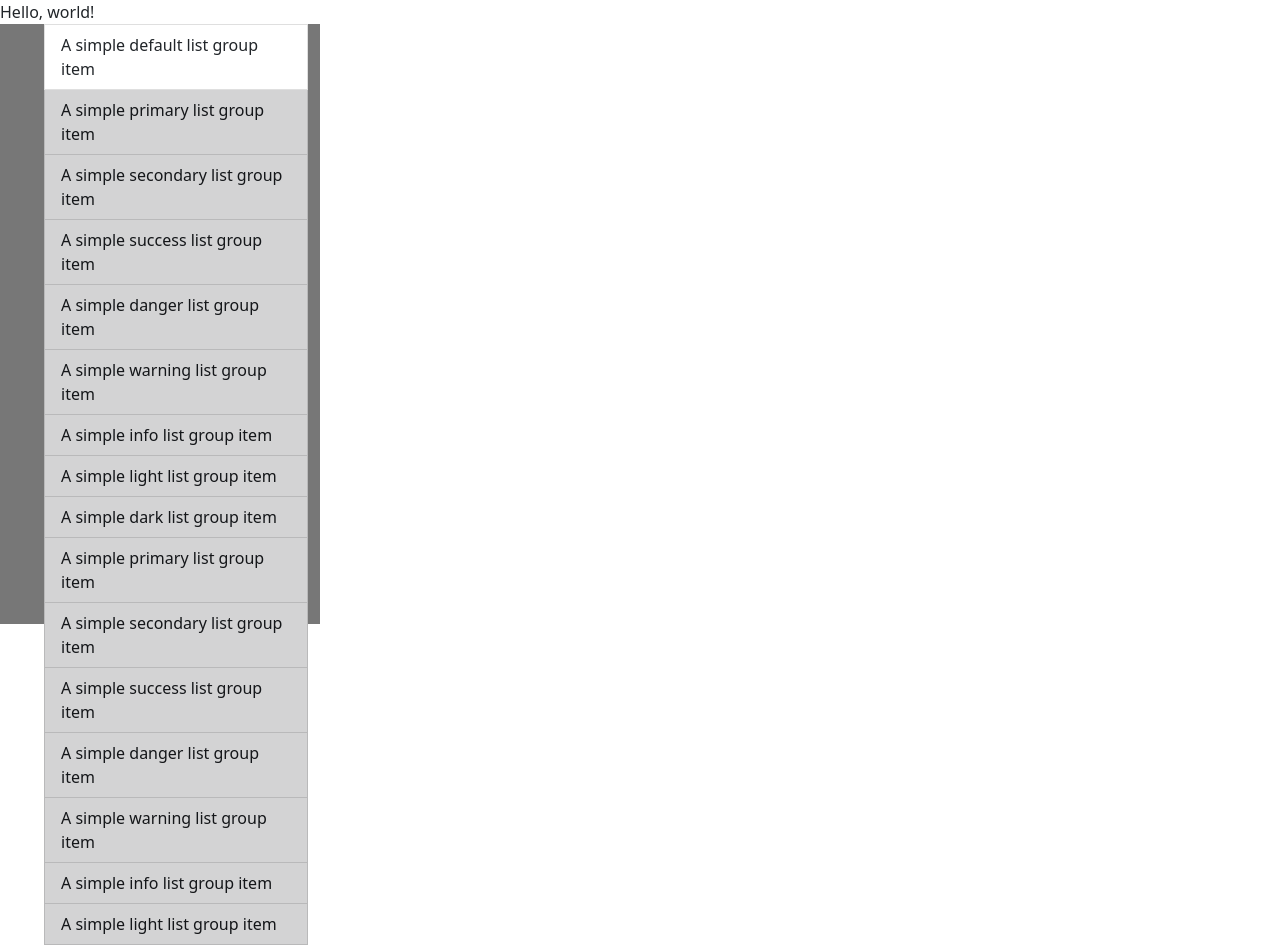
Repository: Dayvid0/BOOTSTRAP-TUTORIALS
Page: BOOTSTRAP-GRID-LAYOUTS/ibmexample.html
These files come from the project's save history. The page is drawn as it stood at one moment and after the next save; the edit follows.
The browser window is 1280 px wide. The pictures show the whole page.

Above is the page before, as saved 2025-01-24 16:49:20.

### BOOTSTRAP-GRID-LAYOUTS/ibmexample.html
<!doctype html>
<html lang="en">
  <head>
    <!-- Required meta tags -->
    <meta charset="utf-8">
    <meta name="viewport" content="width=device-width, initial-scale=1">
    <!-- Bootstrap CSS -->
    <link href="https://cdn.jsdelivr.net/npm/bootstrap@5.0.2/dist/css/bootstrap.min.css" rel="stylesheet" integrity="sha384-EVSTQN3/azprG1Anm3QDgpJLIm9Nao0Yz1ztcQTwFspd3yD65VohhpuuCOmLASjC" crossorigin="anonymous">
    <link rel="stylesheet" href="ibm-style.css"
    <title>Hello, world!</title>
  </head>
  <body>
    <div class="container-fluid">
      <div class="row"> <!-- ./row-->
        <div class="col-3 sidebar">
          <ul >
            <li class="list-group-item">A simple default list group item</li>
            <li class="list-group-item list-group-item-dark">A simple primary list group item</li>
            <li class="list-group-item list-group-item-dark">A simple secondary list group item</li>
            <li class="list-group-item list-group-item-dark">A simple success list group item</li>
            <li class="list-group-item list-group-item-dark">A simple danger list group item</li>
            <li class="list-group-item list-group-item-dark">A simple warning list group item</li>
            <li class="list-group-item list-group-item-dark">A simple info list group item</li>
            <li class="list-group-item list-group-item-dark">A simple light list group item</li>
            <li class="list-group-item list-group-item-dark">A simple dark list group item</li>
            <li class="list-group-item list-group-item-dark">A simple primary list group item</li>
            <li class="list-group-item list-group-item-dark">A simple secondary list group item</li>
            <li class="list-group-item list-group-item-dark">A simple success list group item</li>
            <li class="list-group-item list-group-item-dark">A simple danger list group item</li>
            <li class="list-group-item list-group-item-dark">A simple warning list group item</li>
            <li class="list-group-item list-group-item-dark">A simple info list group item</li>
            <li class="list-group-item list-group-item-dark">A simple light list group item</li>
          </ul>
        </div><!-- ./col-3-->
        <div class="col-9">
        </div><!-- ./col-9-->
      </div><!-- ./row -->
    </div><!-- ./container-fluid -->
    <script src="https://cdn.jsdelivr.net/npm/bootstrap@5.0.2/dist/js/bootstrap.bundle.min.js" integrity="sha384-MrcW6ZMFYlzcLA8Nl+NtUVF0sA7MsXsP1UyJoMp4YLEuNSfAP+JcXn/tWtIaxVXM" crossorigin="anonymous"></script>
  </body>
</html>

### BOOTSTRAP-GRID-LAYOUTS/ibm-style.css
.sidebar {
  background-color: #777;
  max-height: 600px;
}

After the next save:
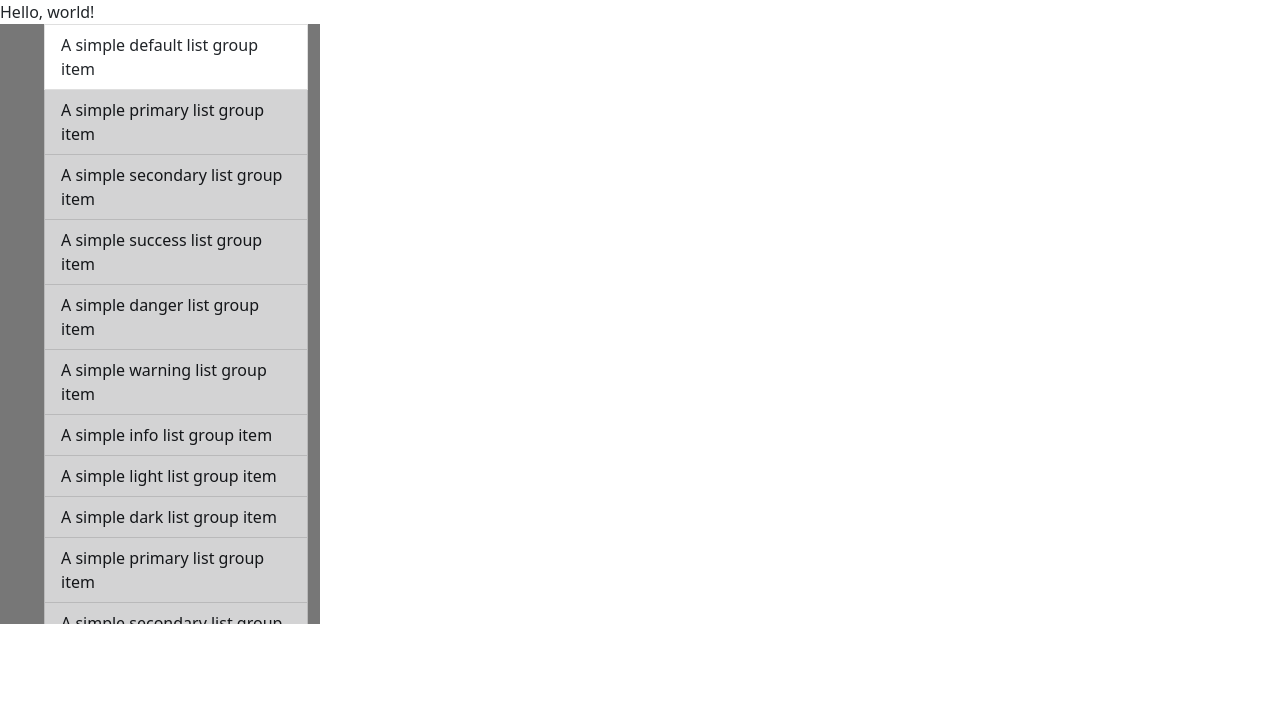
Saved 30 s later.
--- a/BOOTSTRAP-GRID-LAYOUTS/ibm-style.css
+++ b/BOOTSTRAP-GRID-LAYOUTS/ibm-style.css
@@ -1,4 +1,5 @@
 .sidebar {
   background-color: #777;
   max-height: 600px;
+  overflow-y: scroll;
 }
